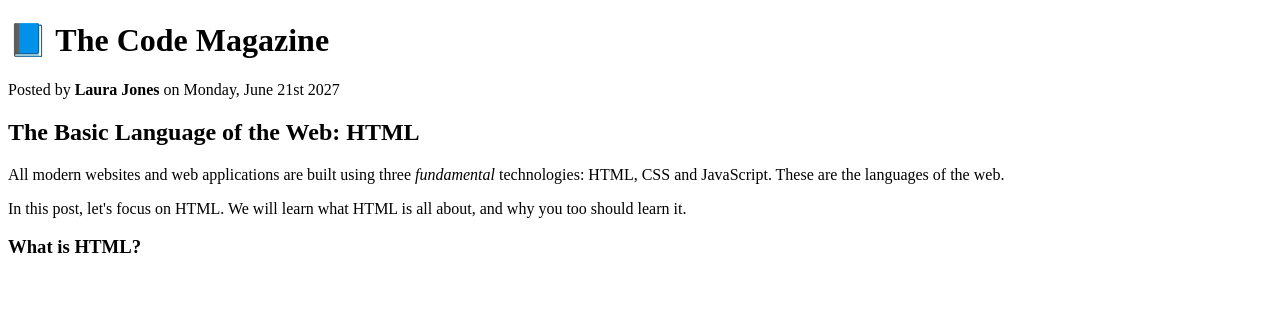
Repository: nghiakma/HTML-CSS-Fundamental
Page: HTML/index.html
These files come from the project's save history. The page is drawn as it stood at one moment and after the next save; the edit follows.
The browser window is 1280 px wide. The pictures show the whole page.

Above is the page before, as saved 2023-08-19 16:45:50.

After the next save:
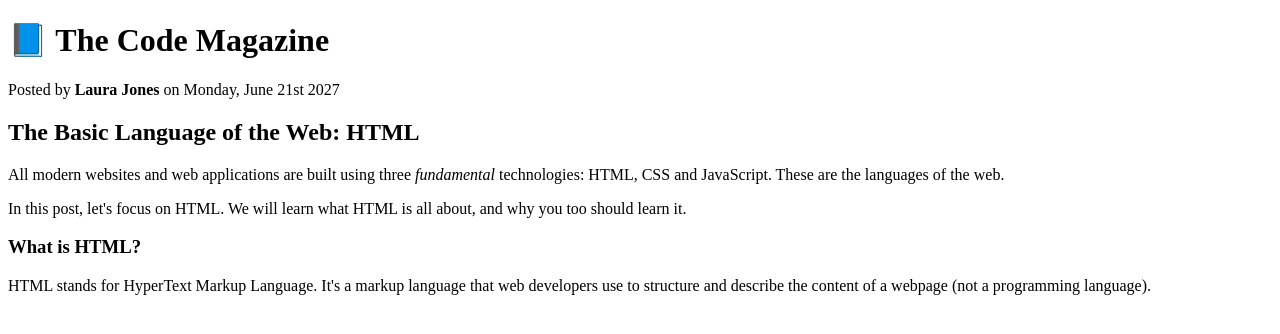
Saved 4 s later.
--- a/HTML/index.html
+++ b/HTML/index.html
@@ -21,7 +21,8 @@
   </p>
   <h3>What is HTML?</h3>
   <p>
-
+    HTML stands for HyperText Markup Language. It's a markup language that web developers use to structure and describe
+    the content of a webpage (not a programming language).
   </p>
 </body>
 
